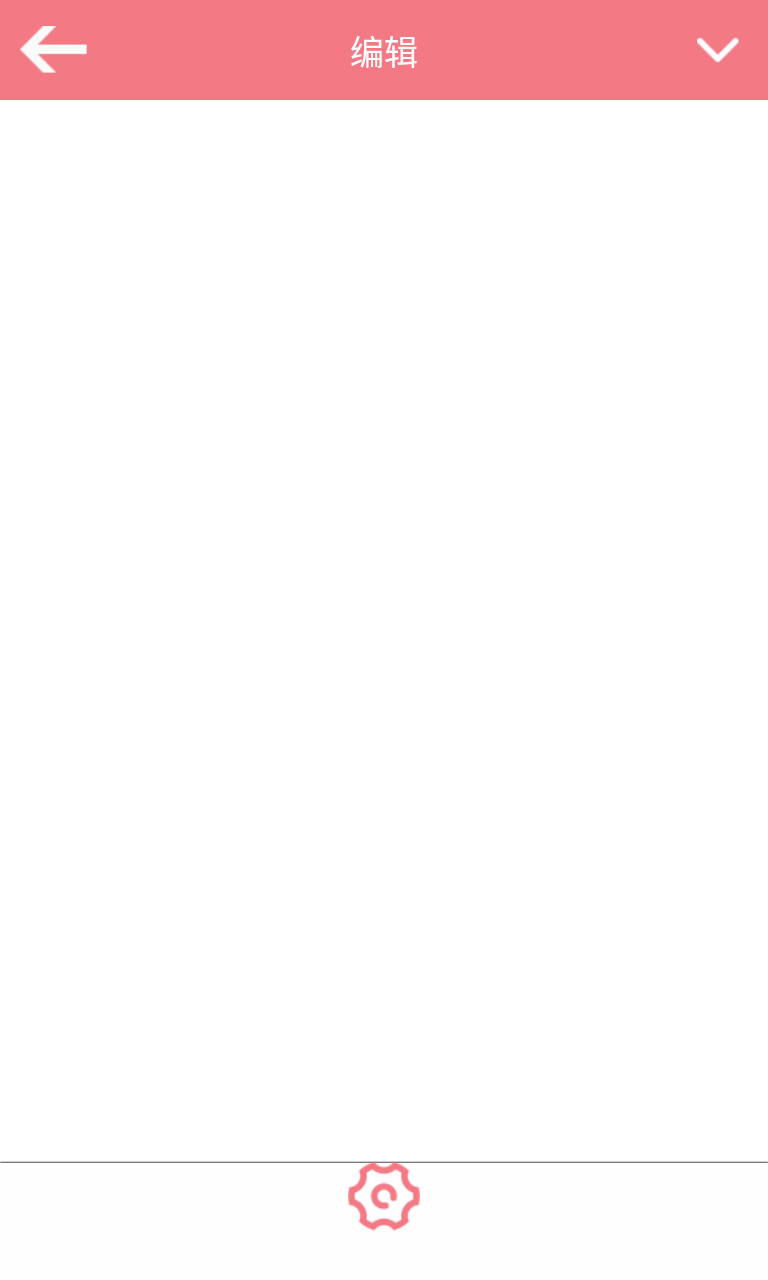
Repository: xuelang201201/Android
Layout: Android网络/美一页/res/layout/activity_edit.xml
The author's editor kept a copy of each file at every save. The layout is drawn from the files as they stood at one save, then again after the next save.
It is drawn on a 768 x 1280 px phone screen (xhdpi) without system bars, with theme android:Theme.Holo.Light.NoActionBar; the app's code is not run.

Above is the layout before, as saved 2016-03-28 12:32:31.

### Android网络/美一页/res/layout/activity_edit.xml
<RelativeLayout xmlns:android="http://schemas.android.com/apk/res/android"
    xmlns:tools="http://schemas.android.com/tools"
    android:layout_width="match_parent"
    android:layout_height="match_parent"
    tools:context=".EditActivity" >

    <RelativeLayout
        android:id="@+id/relativeLayout1"
        android:layout_width="match_parent"
        android:layout_height="50dp"
        android:layout_alignParentLeft="true"
        android:layout_alignParentRight="true"
        android:layout_alignParentTop="true"
        android:background="@drawable/top" >

        <TextView
            android:id="@+id/textView1"
            android:layout_width="wrap_content"
            android:layout_height="wrap_content"
            android:layout_centerHorizontal="true"
            android:layout_centerVertical="true"
            android:text="编辑"
            android:textColor="#ffffff"
            android:textSize="17sp" />

        <ImageView
            android:id="@+id/imageView2"
            android:layout_width="wrap_content"
            android:layout_height="wrap_content"
            android:layout_alignParentRight="true"
            android:layout_centerVertical="true"
            android:layout_marginRight="10dp"
            android:contentDescription="@null"
            android:src="@drawable/icon2" />

        <ImageView
            android:id="@+id/imageView1"
            android:layout_width="wrap_content"
            android:layout_height="wrap_content"
            android:layout_alignParentLeft="true"
            android:layout_centerVertical="true"
            android:layout_marginLeft="10dp"
            android:contentDescription="@null"
            android:src="@drawable/icon1" />
    </RelativeLayout>

    <FrameLayout
        android:layout_width="match_parent"
        android:layout_height="60dp"
        android:layout_alignParentBottom="true"
        android:layout_alignParentLeft="true"
        android:background="@drawable/foot" >

        <ImageView
            android:id="@+id/imageView3"
            android:layout_width="wrap_content"
            android:layout_height="wrap_content"
            android:layout_gravity="center_horizontal"
            android:src="@drawable/icon7" />

    </FrameLayout>

</RelativeLayout>

After the next save:
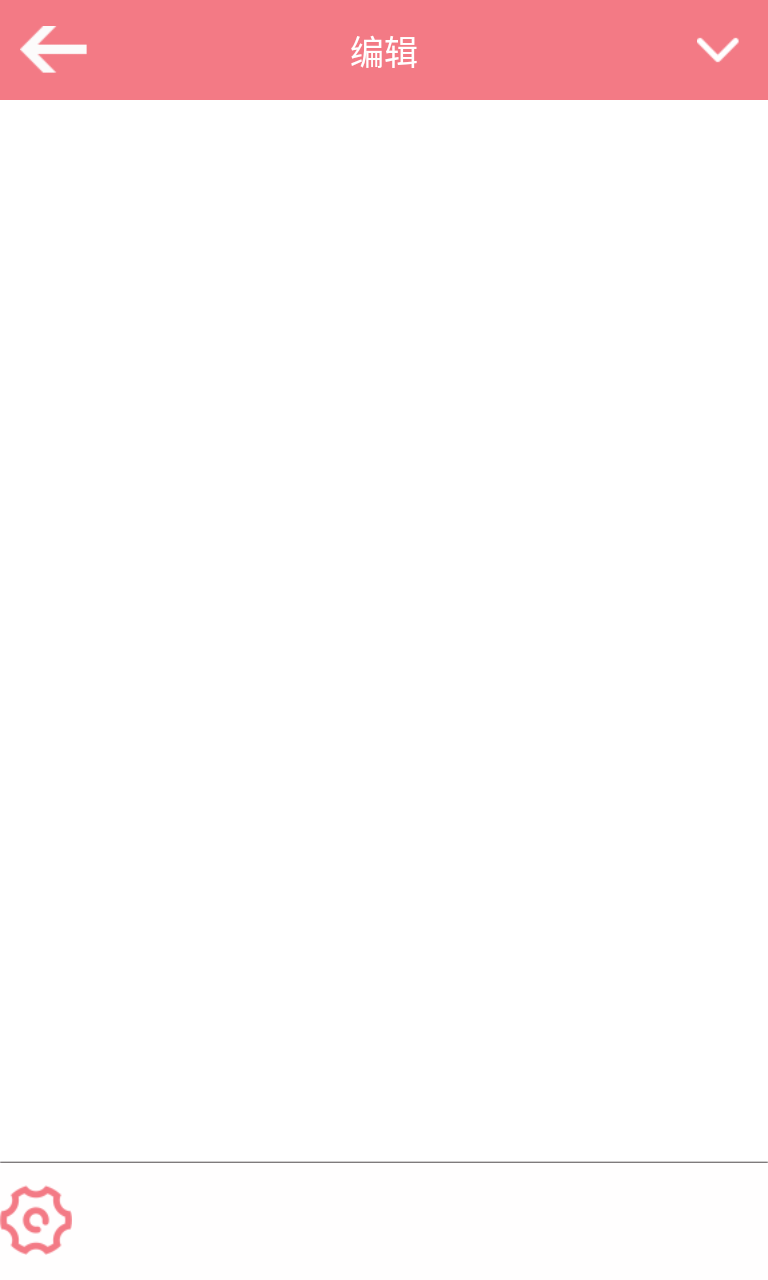
Saved 10 s later.
--- a/Android网络/美一页/res/layout/activity_edit.xml
+++ b/Android网络/美一页/res/layout/activity_edit.xml
@@ -55,9 +55,8 @@
             android:id="@+id/imageView3"
             android:layout_width="wrap_content"
             android:layout_height="wrap_content"
-            android:layout_gravity="center_horizontal"
+            android:layout_gravity="center_vertical"
             android:src="@drawable/icon7" />
-
     </FrameLayout>
 
 </RelativeLayout>
